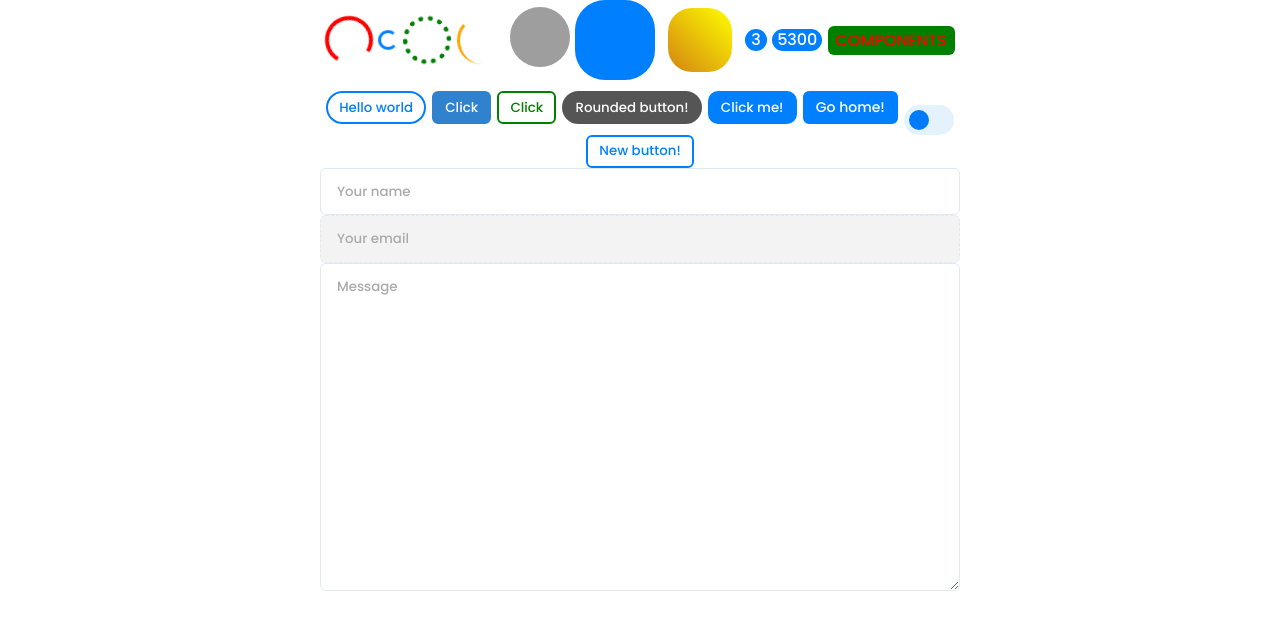
Repository: langf00rd/milky-ui
Page: / (app in example/)
An editor plug-in stored every save of this project. The page is shown before and after the next save, followed by the edit.
The browser window is 1280 px wide. The pictures show the whole page.
Pictures or frames that could not be fetched are drawn as grey boxes. The project was rebuilt for these pictures with package versions that can differ from the ones it lists, and the page was loaded fresh each time.

Above is the page before, as saved 2022-08-12 13:45:43.

After the next save:
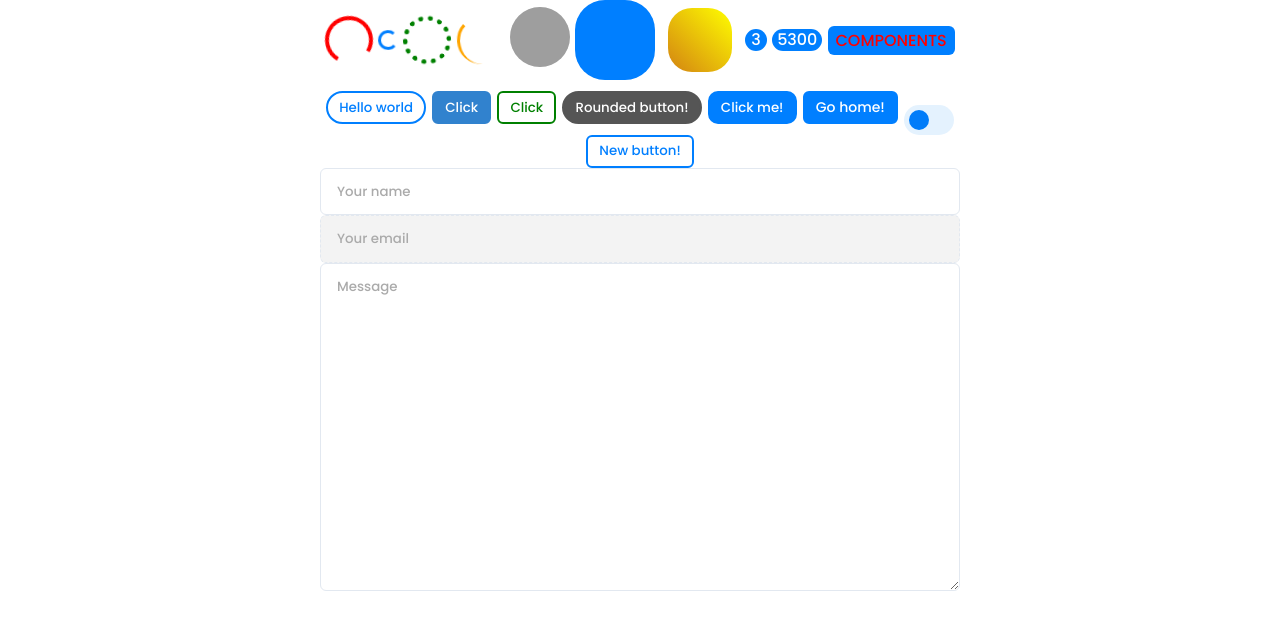
Saved 16 s later.
--- a/example/src/App.js
+++ b/example/src/App.js
@@ -27,7 +27,7 @@ const App = () => {
               size="80px" />
       <Badge label="3" />
       <Badge label="5300" />
-      <Label color='red' text='COMPONENTS' bg='green' />
+      <Label color='red' text='COMPONENTS' type='success' />
       <OutlineButton label={"Hello world"} radius={"1000px"} hoverColor={"red"} />
       <Button bg='#3182ce' label='Click'/>
       <OutlineButton color='green' label='Click'/>
